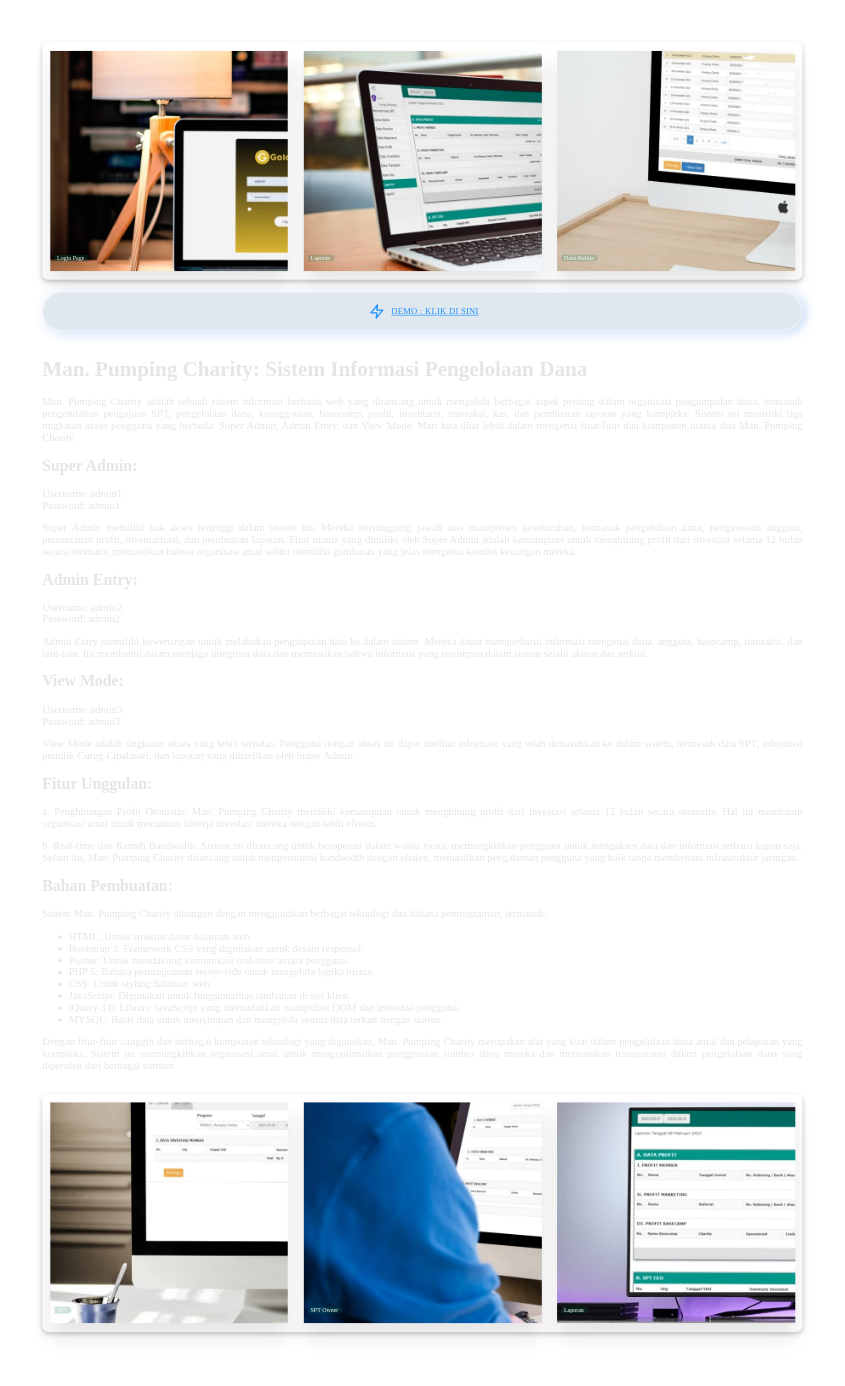
Repository: yusup-maulana/yusup-maulana.github.io
Page: portofolio-manpumping.html
An editor plug-in stored every save of this project. The page is shown before and after the next save, followed by the edit.
The browser window is 1280 px wide. The pictures show the whole page, at 66% of full size.
Some web fonts or font styles are not loaded; a fallback is used.

Above is the page before, as saved 2023-10-06 21:48:53.

### portofolio-manpumping.html
<style type="text/css">
  @import url("https://fonts.googleapis.com/css?family=Baloo+Chettan+2&display=swap");

  .body2::-webkit-scrollbar {
    width: 0.5em;
  }

  .body2::-webkit-scrollbar-track {
    box-shadow: inset 0 0 6px rgb(167 167 167 / 41%);
    background-color: #061e29;
  }

  .body2::-webkit-scrollbar-thumb {
    background-color: #00f1ffab;
  }

  .body2 {
    font-family: "Baloo Chettan 2";
    color: #e5e5e5;
    margin: 2%;
    text-align: justify;
    padding: 3%;
  }

  .body2 a {
    color: dodgerblue;
  }

  /* table wisata ...................*/
  .twisata {
  }

  .twisata tr {
    background: linear-gradient(90deg, #1193a1, transparent);
    color: white;
    font-weight: 900;
    border: 3px solid #ffffff;
  }

  .twisata tr td {
  }

  .twisata tr td span {
    background: #bdffda;
    font-weight: 900;
    padding: 1px 6px;
    border-radius: 5px;
    color: #08102b;
  }

  /* wisata-container ...................*/
  .container-wisata {
    box-shadow: rgb(0 0 0 / 24%) 0px 3px 8px;
    display: flex;
    width: 100%;
    padding: 1% 0%;
    box-sizing: border-box;
    height: 50vh;
    border-radius: 10px;
  }

  .boxwisata {
    flex: 1;
    overflow: hidden;
    transition: 0.5s;
    margin: 1px 1%;
    box-shadow: 0 20px 30px rgba(0, 0, 0, 0.1);
    line-height: 0;
  }

  .boxwisata > img {
    width: 200%;
    height: calc(100% - 10vh);
    object-fit: cover;
    transition: 0.5s;
    height: 100% !important;
  }

  .boxwisata > span {
    position: relative;
    left: 7px;
    font-size: xx-small;
    color: #f5fff7 !important;
    bottom: 20px;
    white-space: nowrap;
    background-color: rgb(1 118 74 / 20%);
    padding: 0 6px 0 4px;
    border-radius: 0 10px 10px 0;
  }

  .boxwisata:hover {
    flex: 1 1 50%;
  }

  .boxwisata:hover > img {
    width: 100%;
    height: 100%;
  }

  .btn-portofolio {
    display: flex;
    align-items: center;
    justify-content: center;
    gap: 10px;
    font-family: inherit;
    font-size: 13px;
    font-weight: 500;
    text-transform: uppercase;
    letter-spacing: 0.4px;
    color: #7e97b8;
    background-color: #e0e8ef;
    border-style: solid;
    border-width: 2px 2px 2px 2px;
    border-color: rgba(255, 255, 255, 0.333);
    border-radius: 40px 40px 40px 40px;
    padding: 16px 24px 16px 28px;
    transform: translate(0px, 0px) rotate(0deg);
    transition: 0.2s;
    box-shadow: -4px -2px 16px 0px #ffffff,
      4px 2px 16px 0px rgb(95 157 231 / 48%);
  }

  .btn-portofolio:hover {
    color: #516d91;
    background-color: #e5edf5;
    box-shadow: -2px -1px 8px 0px #ffffff, 2px 1px 8px 0px rgb(95 157 231 / 48%);
  }

  .btn-portofolio:active {
    box-shadow: none;
  }
</style>
<div class="container-wisata">
  <div class="boxwisata">
    <img alt="Curug Cipalasari" src="IMG/pumpingcharity/man.pumpingc1.webp" />
    <span>Login Page</span>
  </div>
  <div class="boxwisata">
    <img alt="Curug Cipalasari" src="IMG/pumpingcharity/man.pumpingc2.webp" />
    <span>Laporan</span>
  </div>
  <div class="boxwisata">
    <img alt="Curug Cipalasari" src="IMG/pumpingcharity/man.pumpingc3.webp" />
    <span>Dana Kelola</span>
  </div>
</div>
<br />

<body class="body2">
  <a
    class="btn-portofolio"
    target="_blank"
    href="https://maulana-project122.000webhostapp.com/"
  >
    <svg
      viewBox="0 0 24 24"
      width="24"
      height="24"
      stroke="currentColor"
      stroke-width="2"
      fill="none"
      stroke-linecap="round"
      stroke-linejoin="round"
      class="css-i6dzq1"
    >
      <polygon points="13 2 3 14 12 14 11 22 21 10 12 10 13 2"></polygon>
    </svg>
    Demo : Klik di sini </a
  ><br />
  <h1>Man. Pumping Charity: Sistem Informasi Pengelolaan Dana</h1>
  <p>
    Man. Pumping Charity adalah sebuah sistem informasi berbasis web yang
    dirancang untuk mengelola berbagai aspek penting dalam organisasi
    pengumpulan dana, termasuk pengendalian pengajuan SPT, pengelolaan dana,
    keanggotaan, basecamp, profit, inventaris, transaksi, kas, dan pembuatan
    laporan yang kompleks. Sistem ini memiliki tiga tingkatan akses pengguna
    yang berbeda: Super Admin, Admin Entry, dan View Mode. Mari kita lihat lebih
    dalam mengenai fitur-fitur dan komponen utama dari Man. Pumping Charity.
  </p>

  <h2>Super Admin:</h2>
  <p>Username: admin1<br />Password: admin1</p>
  <p>
    Super Admin memiliki hak akses tertinggi dalam sistem ini. Mereka
    bertanggung jawab atas manajemen keseluruhan, termasuk pengelolaan dana,
    pengawasan anggota, pemantauan profit, inventarisasi, dan pembuatan laporan.
    Fitur utama yang dimiliki oleh Super Admin adalah kemampuan untuk menghitung
    profit dari investasi selama 12 bulan secara otomatis, memastikan bahwa
    organisasi amal selalu memiliki gambaran yang jelas mengenai kondisi
    keuangan mereka.
  </p>

  <h2>Admin Entry:</h2>
  <p>Username: admin2<br />Password: admin2</p>
  <p>
    Admin Entry memiliki kewenangan untuk melakukan penginputan data ke dalam
    sistem. Mereka dapat memperbarui informasi mengenai dana, anggota, basecamp,
    transaksi, dan lain-lain. Ini membantu dalam menjaga integritas data dan
    memastikan bahwa informasi yang tersimpan dalam sistem selalu akurat dan
    terkini.
  </p>

  <h2>View Mode:</h2>
  <p>Username: admin3<br />Password: admin3</p>
  <p>
    View Mode adalah tingkatan akses yang lebih terbatas. Pengguna dengan akses
    ini dapat melihat informasi yang telah dimasukkan ke dalam sistem, termasuk
    data SPT, informasi pemilik Curug Cipalasari, dan laporan yang dihasilkan
    oleh Super Admin.
  </p>

  <h2>Fitur Unggulan:</h2>
  <p>
    a. Penghitungan Profit Otomatis: Man. Pumping Charity memiliki kemampuan
    untuk menghitung profit dari investasi selama 12 bulan secara otomatis. Hal
    ini membantu organisasi amal untuk memantau kinerja investasi mereka dengan
    lebih efisien.
  </p>
  <p>
    b. Real-time dan Ramah Bandwidth: Sistem ini dirancang untuk beroperasi
    dalam waktu nyata, memungkinkan pengguna untuk mengakses data dan informasi
    terbaru kapan saja. Selain itu, Man. Pumping Charity dirancang untuk
    mengonsumsi bandwidth dengan efisien, memastikan pengalaman pengguna yang
    baik tanpa membebani infrastruktur jaringan.
  </p>

  <h2>Bahan Pembuatan:</h2>
  <p>
    Sistem Man. Pumping Charity dibangun dengan menggunakan berbagai teknologi
    dan bahasa pemrograman, termasuk:
  </p>
  <ul>
    <li>HTML: Untuk struktur dasar halaman web.</li>
    <li>Bootstrap 3: Framework CSS yang digunakan untuk desain responsif.</li>
    <li>Pusher: Untuk mendukung komunikasi real-time antara pengguna.</li>
    <li>
      PHP 5: Bahasa pemrograman server-side untuk mengelola logika bisnis.
    </li>
    <li>CSS: Untuk styling halaman web.</li>
    <li>JavaScript: Digunakan untuk fungsionalitas tambahan di sisi klien.</li>
    <li>
      jQuery 3.6: Library JavaScript yang memudahkan manipulasi DOM dan
      interaksi pengguna.
    </li>
    <li>
      MYSQL: Basis data untuk menyimpan dan mengelola semua data terkait dengan
      sistem.
    </li>
  </ul>

  <p>
    Dengan fitur-fitur canggih dan berbagai komponen teknologi yang digunakan,
    Man. Pumping Charity merupakan alat yang kuat dalam pengelolaan dana amal
    dan pelaporan yang kompleks. Sistem ini memungkinkan organisasi amal untuk
    mengoptimalkan penggunaan sumber daya mereka dan memastikan transparansi
    dalam pengelolaan dana yang diperoleh dari berbagai sumber.
  </p>

  <br />
  <div class="container-wisata">
    <div class="boxwisata">
      <img alt="Curug Cipalasari" src="IMG/pumpingcharity/man.pumpingc4.webp" />
      <span>SPT</span>
    </div>
    <div class="boxwisata">
      <img alt="Curug Cipalasari" src="IMG/pumpingcharity/man.pumpingc5.webp" />
      <span>SPT Owner</span>
    </div>
    <div class="boxwisata">
      <img alt="Curug Cipalasari" src="IMG/pumpingcharity/man.pumpingc6.webp" />
      <span>Laporan</span>
    </div>
  </div>
  <br />
</body>

After the next save:
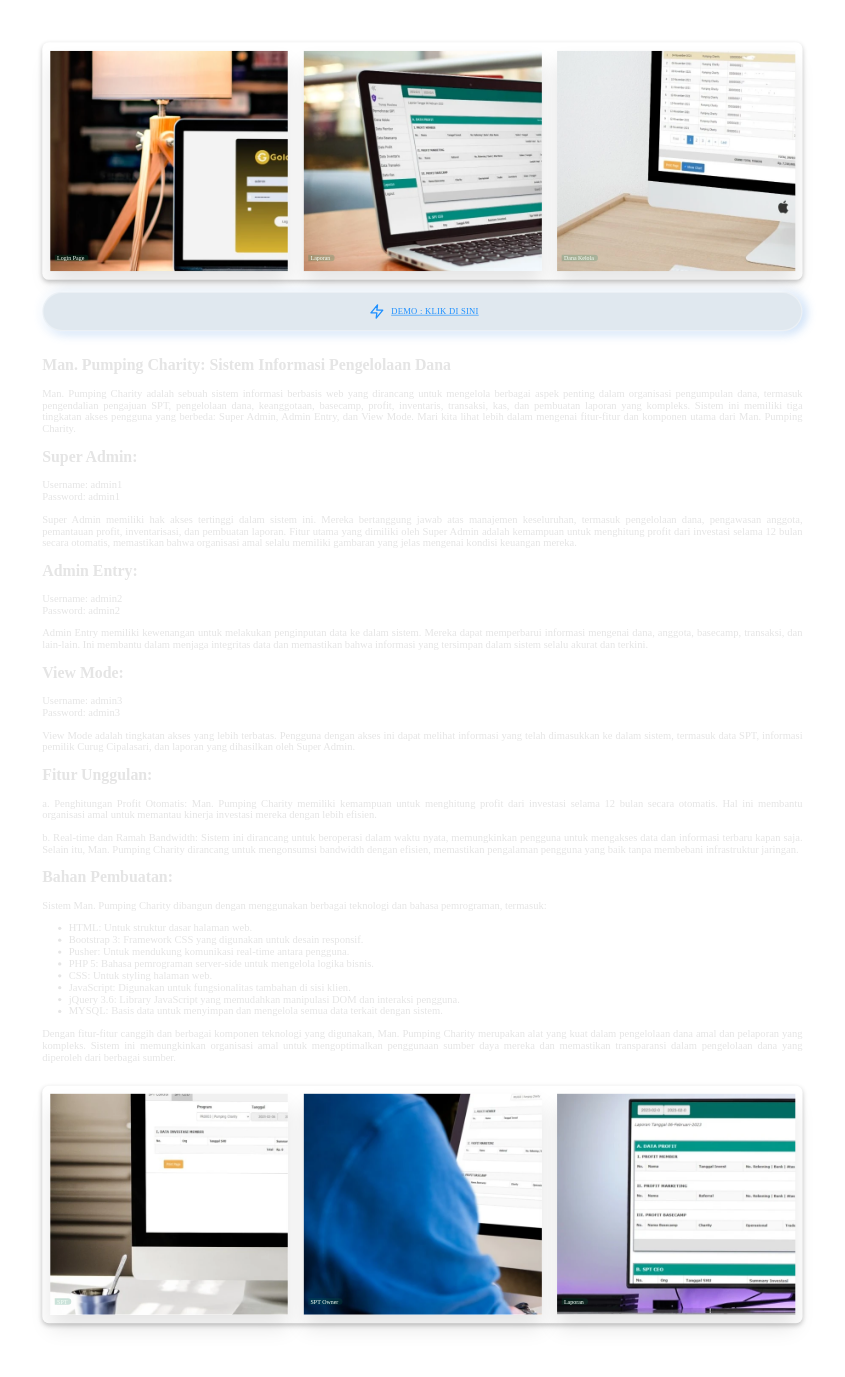
Saved 5 s later.
--- a/portofolio-manpumping.html
+++ b/portofolio-manpumping.html
@@ -167,7 +167,7 @@
     </svg>
     Demo : Klik di sini </a
   ><br />
-  <h1>Man. Pumping Charity: Sistem Informasi Pengelolaan Dana</h1>
+  <h2>Man. Pumping Charity: Sistem Informasi Pengelolaan Dana</h2>
   <p>
     Man. Pumping Charity adalah sebuah sistem informasi berbasis web yang
     dirancang untuk mengelola berbagai aspek penting dalam organisasi
